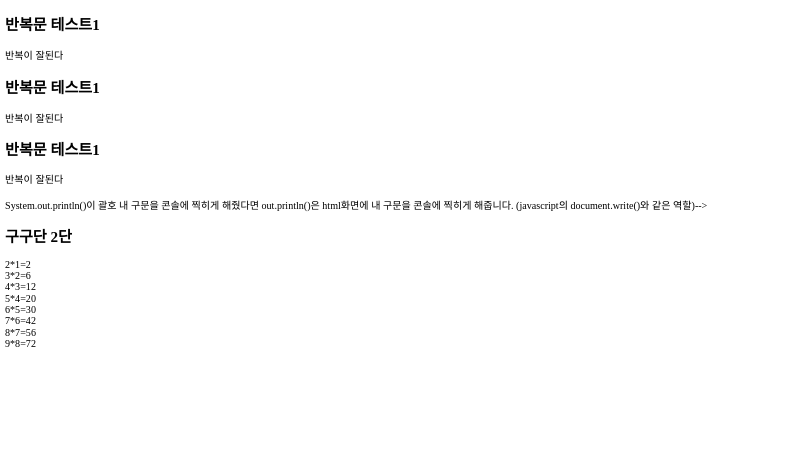
Repository: djdh94/jsp_practice
Page: http://localhost/JSPBasic/JspTag/Scriptlet.jsp
The author's editor kept a copy of each file at every save. The page is drawn from the files as they stood at one save, then again after the next save.
The browser window is 1280 px wide. The pictures show the whole page, at 63% of full size.
The page is served by Tomcat 9.

Above is the page before, as saved 2022-01-28 03:18:29.

After the next save:
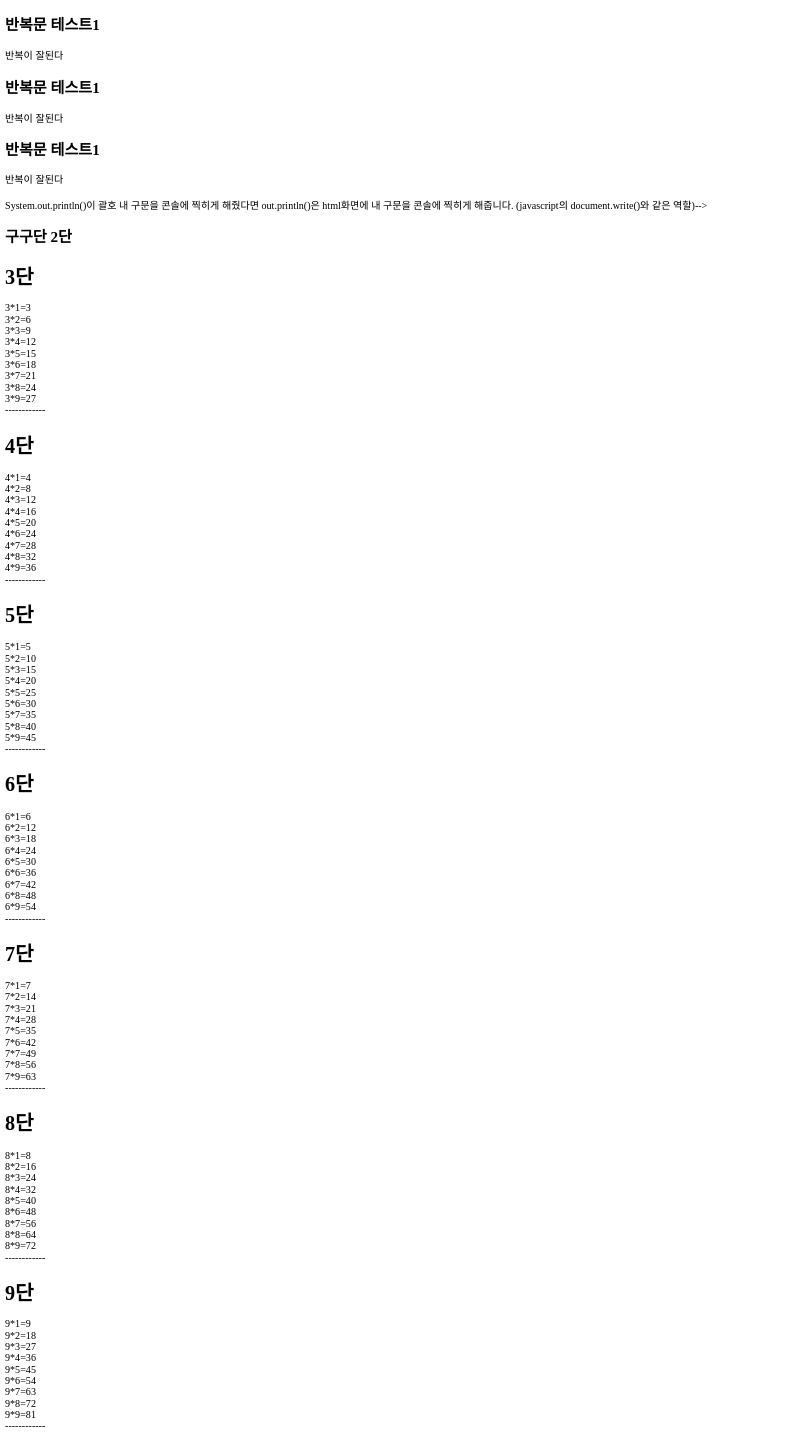
Saved 2 min 6 s later.
--- a/JSPBasic/src/main/webapp/JspTag/Scriptlet.jsp
+++ b/JSPBasic/src/main/webapp/JspTag/Scriptlet.jsp
@@ -22,15 +22,12 @@
 	(javascript의 document.write()와 같은 역할)-->
 	<h2>구구단 2단</h2>
 	<%
-		int i=1;
-		for(int dan=2; dan<10; dan++){
-
-			if(i>0 && i<10){
-
-			out.println(dan+"*"+i+"="+dan*i+"<br/>");
-			i++;
+		for(int i=3; i<10; i++){
+			out.println("<h1>"+i+"단</h1>");
+			for(int j=1; j<10; j++){
+				out.println(i+"*"+j+"="+i*j+"<br/>");
 			}
-
+			out.println("------------<br/>");
 		}
 
 
